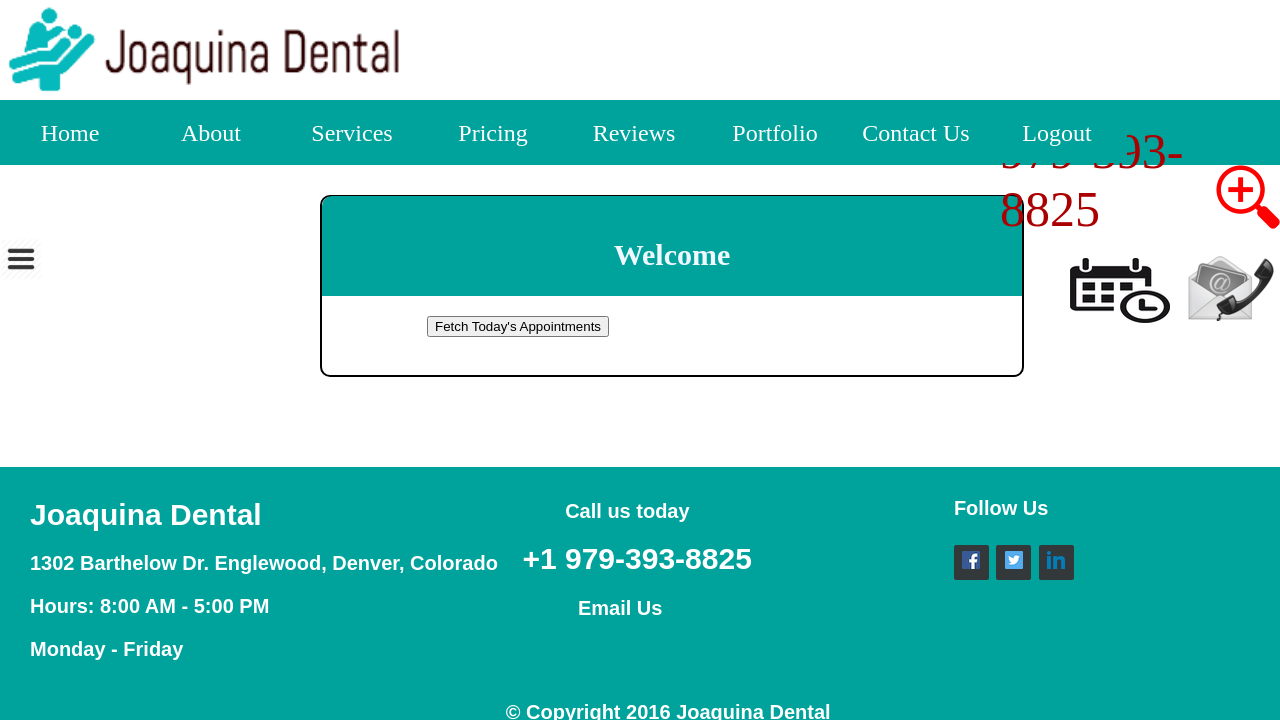
Repository: ManjushaBolishetty/test
Page: http://localhost/test/DentistHomePage.jsp
These files come from the project's save history. The page is drawn as it stood at one moment and after the next save; the edit follows.
The browser window is 1280 px wide. The pictures show the whole page.
The page is served by Tomcat 9.

Above is the page before, as saved 2016-04-03 17:36:13.

After the next save:
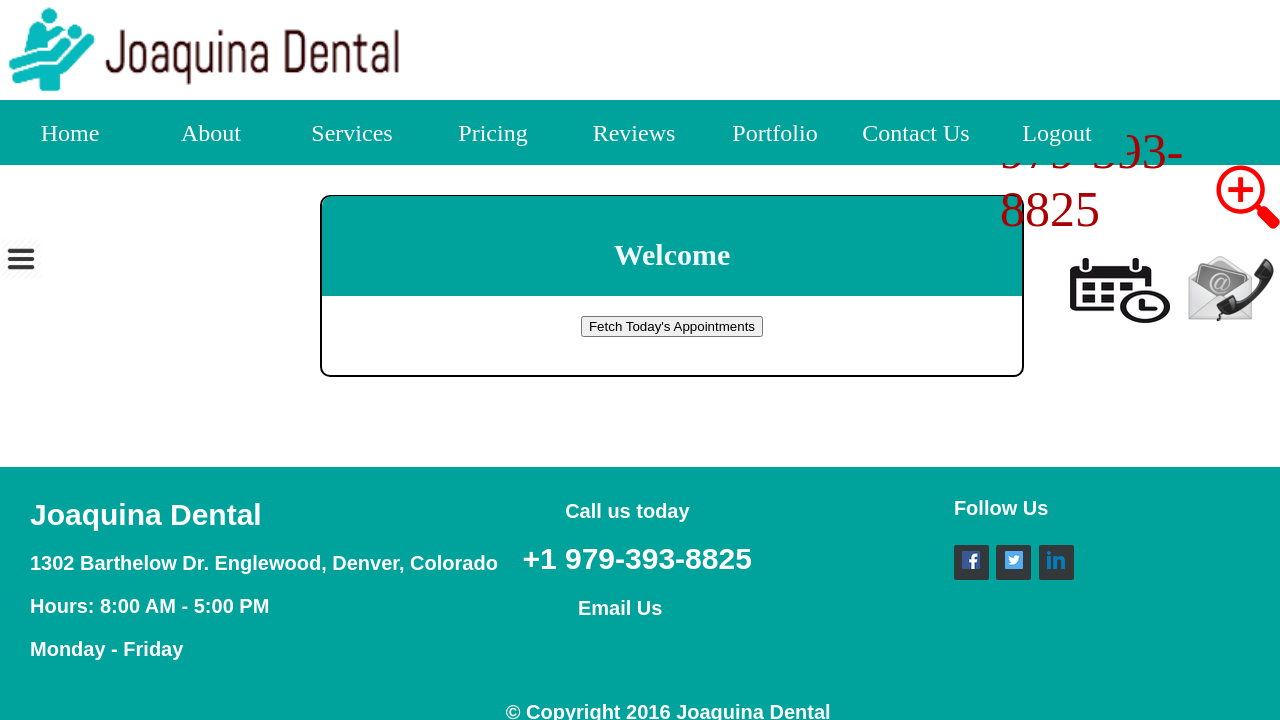
Saved 50 s later.
--- a/test/WebContent/DentistHomePage.jsp
+++ b/test/WebContent/DentistHomePage.jsp
@@ -39,10 +39,13 @@ $(document).ready(function(){
 <header>
     <h3>Welcome <%session.getAttribute("Dentist_Name"); %></h3>
 </header>
+
+<div class="appointment" align=center>
 <form action="AppointmentServlet" method="get">
       <input id="getApt" type="button" value="Fetch Today's Appointments" />
       <div id="divAppointmentList"></div>
  </form>
+ </div>
 </div>
 <%--
 <div class="Logindate">
@@ -53,9 +56,8 @@ $(document).ready(function(){
 %>
 </div> --%>
 
-<div class="appointment" align=center>
 
-</div>
+
 
   <footer class="footer-distributed">
 			<div class="footer-left">
